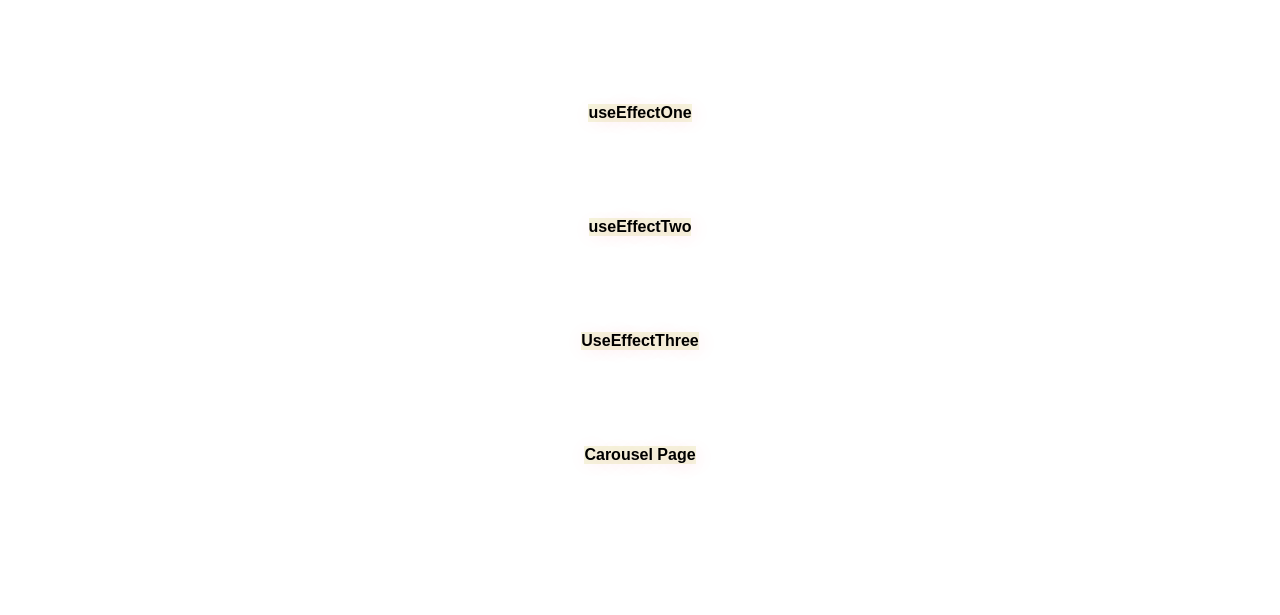
Repository: jjennbui/class8
Page: /
The author's editor kept a copy of each file at every save. The page is drawn from the files as they stood at one save, then again after a run of saves.
The browser window is 1280 px wide. The pictures show the whole page.
The project was rebuilt for these pictures with package versions that can differ from the ones it lists, and the page was loaded fresh each time. The framework's server and built-in components were replaced by stand-ins that run in the browser. Also part of the build but not shown: next.config.js.

Above is the page before, as saved 2023-02-20 17:37:58.

After the next 3 saves:
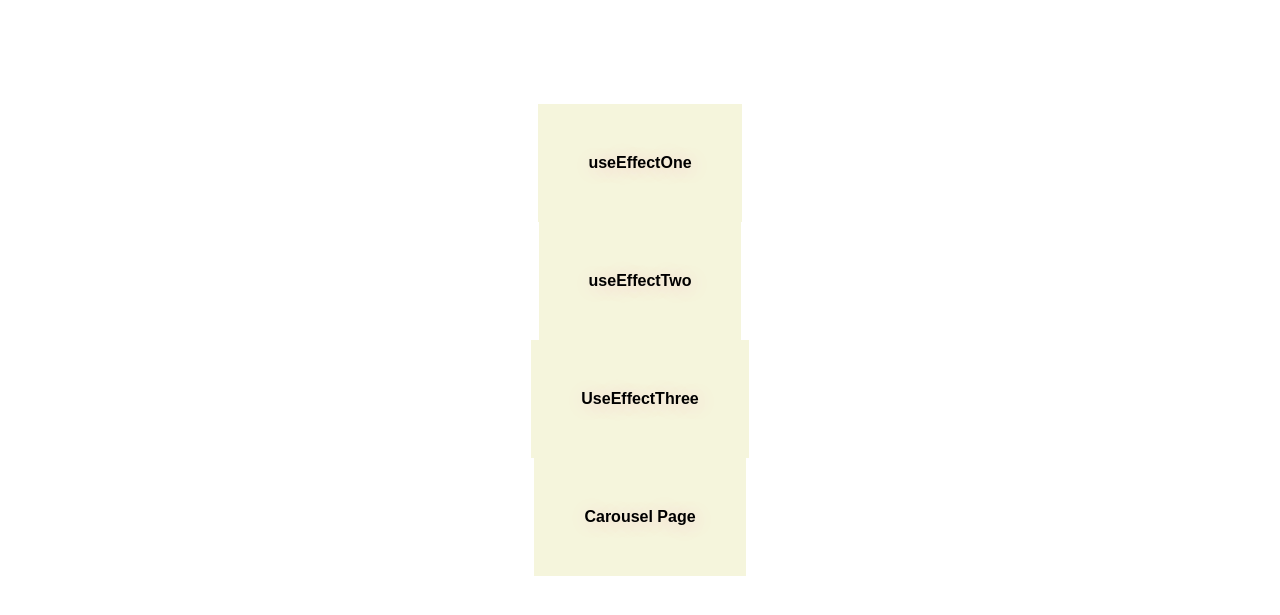
The 3 saves are shown as one change because they came seconds apart.
The last was saved 7 s later.
--- a/styles/Home.module.css
+++ b/styles/Home.module.css
@@ -16,6 +16,6 @@
   font-weight: bold;
   text-shadow: 2px 2px 20px pink;
   background-color: beige;
-
+  padding: 50px;
 
 }
